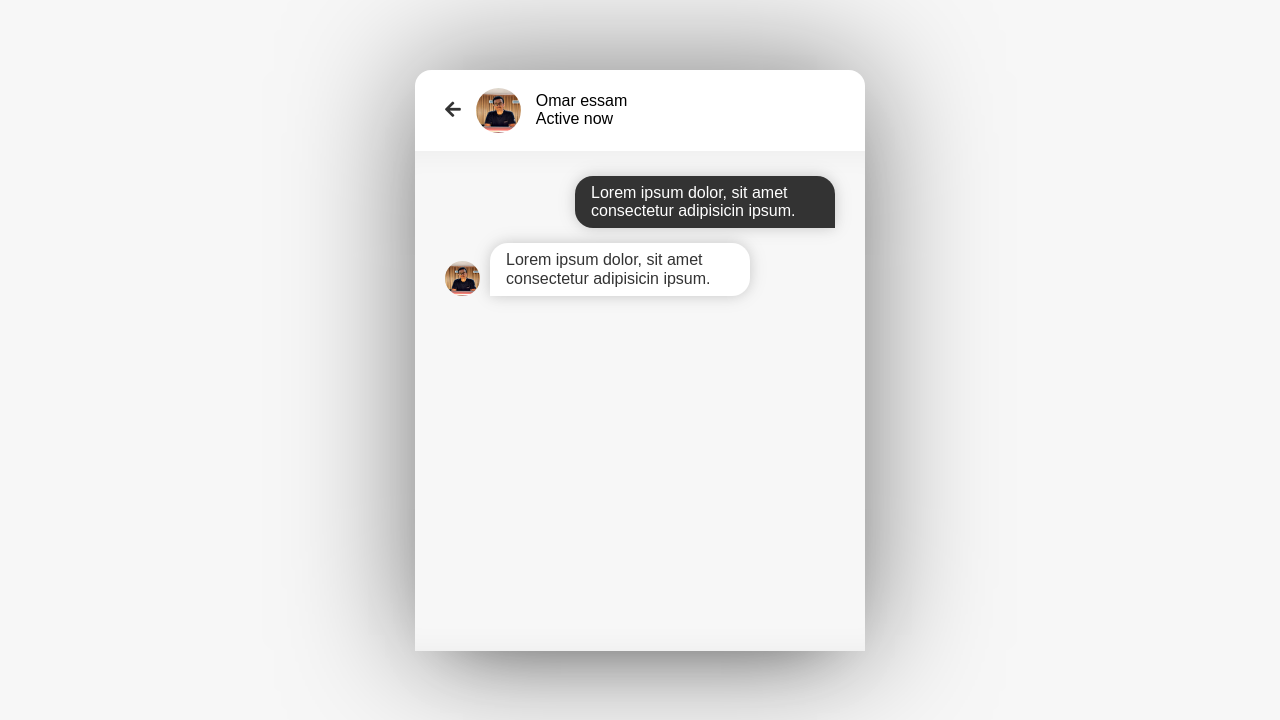
Repository: OmarEssameldinMousa/Chat-Application
Page: chat.html
The author's editor kept a copy of each file at every save. The page is drawn from the files as they stood at one save, then again after the next save.
The browser window is 1280 px wide. The pictures show the whole page.
An inner scrolling area shows only its first screen.

Above is the page before, as saved 2023-09-23 00:21:54.

### chat.html
<!DOCTYPE html>
<html lang="en">

<head>
    <meta charset="UTF-8">
    <meta name="viewport" content="width=device-width, initial-scale=1.0">
    <title>Realtime Chat App</title>
    <link rel="stylesheet" href="css/normalize.css">
    <link rel="stylesheet" href="css/all.min.css">
    <link rel="stylesheet" href="css/style.css">
</head>

<body>
    <div class="wrapper">
        <section class="chat-area">
            <header>
                <a href="" class="back-icon"><i class="fas fa-arrow-left"></i></a>
                <img src="images/124374760.jpg" alt="">
                <div class="details">
                    <span>Omar essam</span>
                    <p>Active now</p>
                </div>
            </header>

            <div class="chat-box">

                <div class="chat outgoing">
                    <div class="details">
                        <p>Lorem ipsum dolor, sit amet consectetur adipisicin ipsum.</p>
                    </div>
                </div>

                <div class="chat incoming">
                    <img src="images/124374760.jpg" alt="">
                    <div class="details">
                        <p>Lorem ipsum dolor, sit amet consectetur adipisicin ipsum.</p>
                    </div>
                </div>

            </div>


        </section>
    </div>
</body>

</html>

### css/style.css
* {
    margin: 0;
    padding: 0;
    box-sizing: border-box;
    text-decoration: none;
    font-family: 'Poppins', sans-serif;
}


body {
    display: flex;
    align-items: center;
    justify-content: center;
    min-height: 100vh;
    background: #f7f7f7;
}

.wrapper {
    background: #fff;
    width: 450px;
    border-radius: 16px;
    box-shadow: 0 0 128px 0 rgba(0, 0, 0, 0.5), 0 32px 64px -48px rgba(0, 0, 0, 0.5);
}

/* Signup Form*/
.form {
    padding: 25px 30px;
}

.form header {
    font-size: 25px;
    font-weight: 600;
    padding-bottom: 10px;
    border-bottom: 1px solid #e6e6e6;
}

.form form {
    margin: 20px 0;
}

.form form .error-txt {
    color: #721c24;
    background: #f8d7da;
    padding: 8px 10px;
    text-align: center;
    border-radius: 5px;
    margin-bottom: 10px;
    border: 1px solid #f5c6cb
}

.form form .name-details {
    display: flex;
}

form .name-details .field:first-child {
    margin-right: 10px;
}

form .name-details .field:last-child {
    margin-left: 10px;
}

.form form .field {
    display: flex;
    flex-direction: column;
    margin-bottom: 10px;
    position: relative;
}

.form form .field label {
    margin-bottom: 2px;
}


.form form .input input {
    outline: none;
}


.form form .input input {
    height: 40px;
    width: 100%;
    font-size: 16px;
    padding: 0 10px;
    border: 1px solid #ccc;
    border-radius: 5px;
}

.form form .image input {
    font-size: 17px;
}

.form form .button input {
    margin-top: 13px;
    height: 45px;
    border: none;
    font-size: 17px;
    font-weight: 500px;
    background: #333;
    color: #fff;
    border-radius: 5px;
    cursor: pointer;
}

.form form .field i {
    position: absolute;
    right: 15px;
    top: 70%;
    transform: translateY(-50%);
    cursor: pointer;
    color: #ccc;
}

.form .link {
    text-align: cetner;
    margin: 10px 0;
    font-size: 17px;
}

.form .link a {
    color: #333;
}

.form .link a:hover {
    text-decoration: underline;
}

.users {
    padding: 25px 30px;
}

.users header,
.users-list a {
    display: flex;
    align-items: center;
    justify-content: center;
    justify-content: space-between;
    border-bottom: 1px solid #e6e6e6;
    padding-bottom: 15px;

}

.wrapper img {
    object-fit: cover;
    border-radius: 50%;
}

:is(.users, .users-list) .content {
    display: flex;
    align-items: center;
}

.users header .content img {
    height: 50px;
    width: 50px;
}


:is(.users, .users-list) .details {
    color: #000;
    margin-left: 15px;
}

:is(.users, .users-list) .details span {
    font-size: 18px;
    font-weight: 500px;
}

.users header .Logout {
    color: #fff;
    padding: 7px 15px;
    background: #333;
    border-radius: 5px;
    font-size: 17px;
}

.users .search {
    margin: 20px 0;
    display: flex;
    justify-content: space-between;
    align-items: center;
    position: relative;
}

.users .search .text {
    font-size: 18px;
}

.users .search input {
    position: absolute;
    height: 43px;
    width: calc(100% - 50px);
    border: 1px solid #ccc;
    padding: 0 13px;
    font-size: 16px;
    border-radius: 5px;
    outline: none;
}

.users .search button {
    width: 47px;
    height: 43px;
    border: none;
    outline: none;
    color: #fff;
    background-color: #333;
    border-radius: 0 5px 5px 0;
    cursor: pointer;
    font-size: 17px;
}

.users-list {
    max-height: 350px;
    overflow-y: auto;
}

:is(.users-list, .chat-box)::-webkit-scrollbar {
    width: 0px;
}


.users-list a {
    padding-right: 10px;
    padding-bottom: 10px;
    margin-bottom: 10px;
    border-bottom-color: #f1f1f1;
}

.users-list a:last-child {
    border: none;
    margin-bottom: 0px;
}

.users-list a .content img {
    height: 40px;
    width: 40px;
}


.users header .content p {
    color: #67676a;
}

.users-list a .status-dot {
    font-size: 12px;
    color: #67676a;
}

/* to use the online status */
.users-list a .status-dot.offline {
    font-size: 12px;
    color: #468669;
}


/* Chat Area CSS style */

.chat-area header {
    display: flex;
    align-items: center;
    padding: 18px 30px;
}

.chat-area header .back-icon {
    font-size: 18px;
    color: #333;
}

.chat-area header img {
    height: 45px;
    width: 45px;
    margin: 0 15px;
}


.chat-area header span {
    font-size: 17x;
    font-weight: 500;
}

.chat-box {
    height: 500px;
    background-color: #f7f7f7;
    padding: 10px 30px 20px 30px;
    box-shadow: inset 0 32px 32px -32px rgb(0 0 0/ 5%),
        inset 0 -32px 32px -32px rgb(0 0 0/ 5%);
    overflow-y: auto;
}

.chat-box .chat {
    margin: 15px 0;
}

.chat-box .chat p {
    word-wrap: break-word;
    padding: 8px 16px;
    box-shadow: 0px 0px 12px 0px rgba(0, 0, 0, 10%), 0px 0px 20px 0px rgb(0 0 0 / 10%);
}

.chat-box .outgoing {
    display: flex;
}

.outgoing .details {
    margin-left: auto;
    max-width: calc(100% - 130px);
    /* margin-bottom: 15px; */
}

.outgoing .details p {
    border-radius: 18px 18px 0 18px;
    background-color: #333;
    color: #fff;
}


.chat-box .incoming {
    display: flex;
    align-items: flex-end;
}

.chat-box .incoming img {
    height: 35px;
    width: 35px;
}

.incoming .details {
    margin-left: 10px;
    margin-right: auto;
    max-width: calc(100% - 130px);
}

.incoming .details p {
    background-color: #fff;
    align-items: center;
    color: #333;
    border-radius: 18px 18px 18px 0;
}

Loaded but not shown: css/normalize.css (library); css/all.min.css (library)

After the next save:
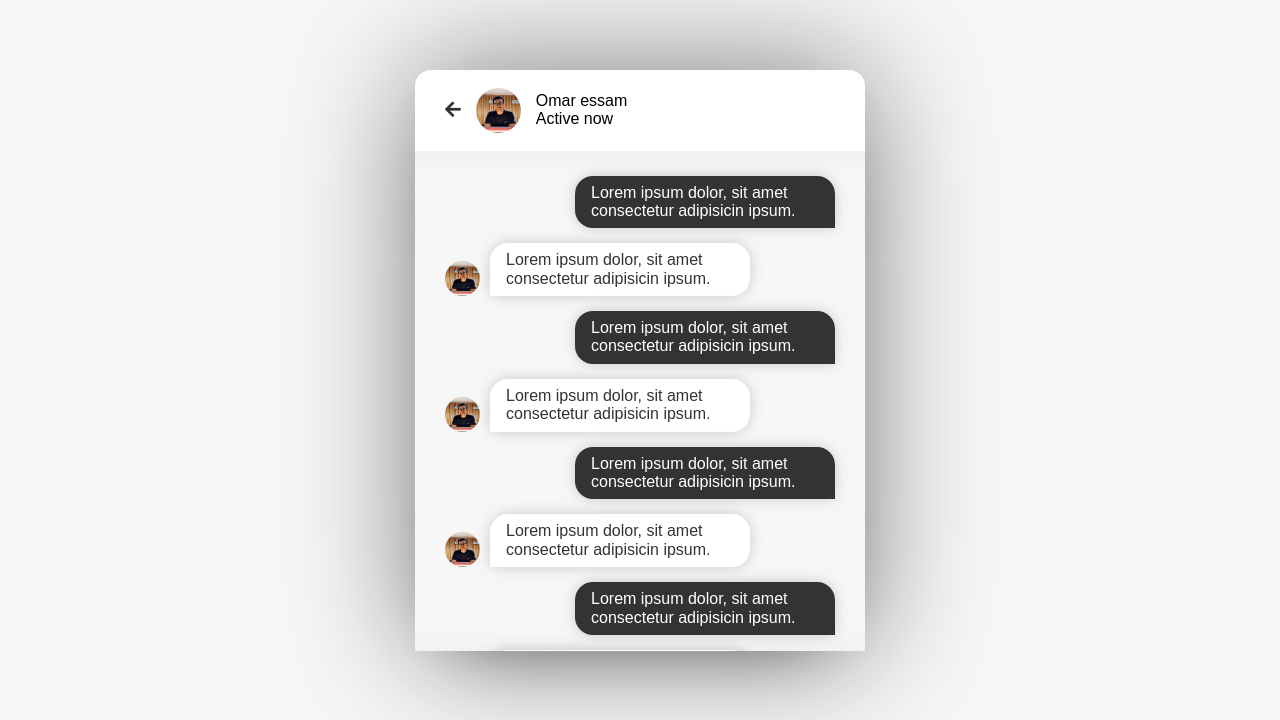
Saved 45 s later.
--- a/chat.html
+++ b/chat.html
@@ -37,6 +37,63 @@
                     </div>
                 </div>
 
+
+                <div class="chat outgoing">
+                    <div class="details">
+                        <p>Lorem ipsum dolor, sit amet consectetur adipisicin ipsum.</p>
+                    </div>
+                </div>
+
+                <div class="chat incoming">
+                    <img src="images/124374760.jpg" alt="">
+                    <div class="details">
+                        <p>Lorem ipsum dolor, sit amet consectetur adipisicin ipsum.</p>
+                    </div>
+                </div>
+
+
+                <div class="chat outgoing">
+                    <div class="details">
+                        <p>Lorem ipsum dolor, sit amet consectetur adipisicin ipsum.</p>
+                    </div>
+                </div>
+
+                <div class="chat incoming">
+                    <img src="images/124374760.jpg" alt="">
+                    <div class="details">
+                        <p>Lorem ipsum dolor, sit amet consectetur adipisicin ipsum.</p>
+                    </div>
+                </div>
+
+
+                <div class="chat outgoing">
+                    <div class="details">
+                        <p>Lorem ipsum dolor, sit amet consectetur adipisicin ipsum.</p>
+                    </div>
+                </div>
+
+                <div class="chat incoming">
+                    <img src="images/124374760.jpg" alt="">
+                    <div class="details">
+                        <p>Lorem ipsum dolor, sit amet consectetur adipisicin ipsum.</p>
+                    </div>
+                </div>
+
+
+                <div class="chat outgoing">
+                    <div class="details">
+                        <p>Lorem ipsum dolor, sit amet consectetur adipisicin ipsum.</p>
+                    </div>
+                </div>
+
+                <div class="chat incoming">
+                    <img src="images/124374760.jpg" alt="">
+                    <div class="details">
+                        <p>Lorem ipsum dolor, sit amet consectetur adipisicin ipsum.</p>
+                    </div>
+                </div>
+
+
             </div>
 
 
